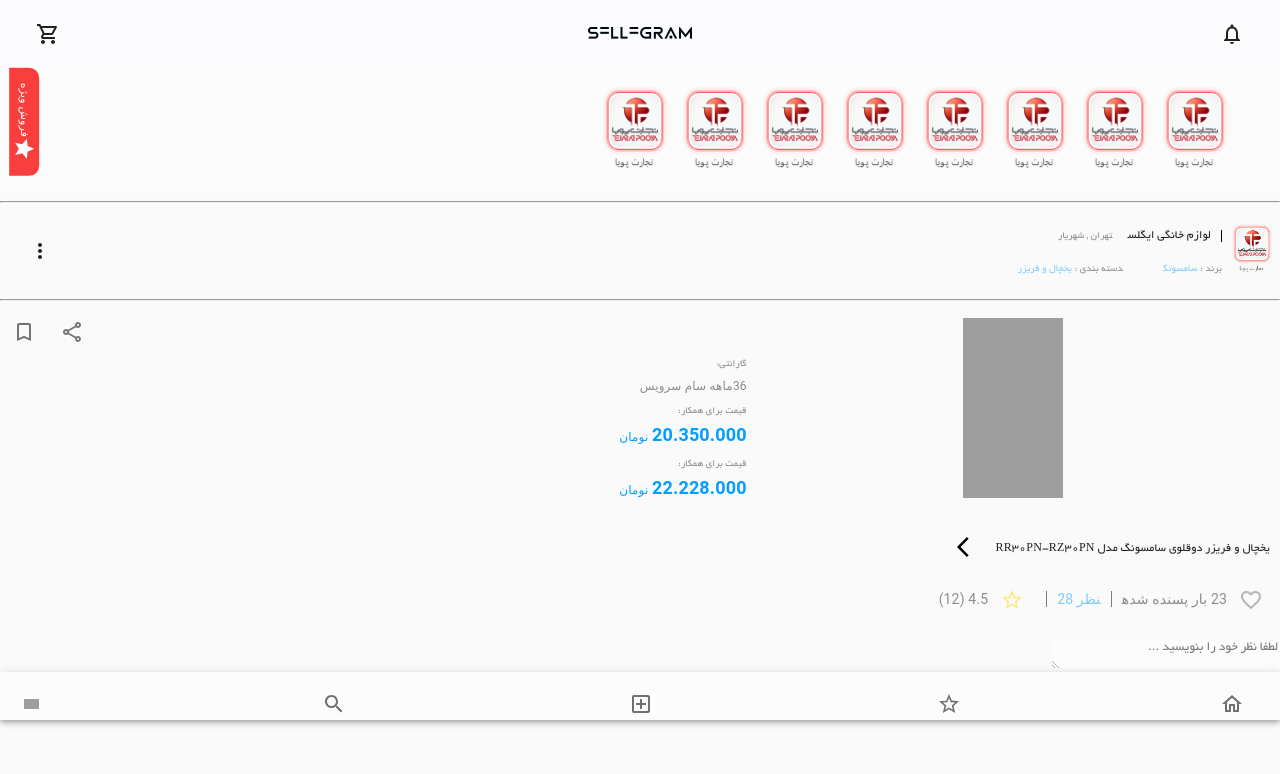
Repository: sadegh1379/selegram
Page: /
The author's editor kept a copy of each file at every save. The page is drawn from the files as they stood at one save, then again after a run of saves.
The browser window is 1280 px wide. The pictures show the whole page.
Pictures or frames that could not be fetched are drawn as grey boxes. The project was rebuilt for these pictures with package versions that can differ from the ones it lists, and the page was loaded fresh each time. Also part of the build but not shown: src/components/login/Login.js, src/components/login/LoginOne.js, src/components/login/LoginThree.js.

Above is the page before, as saved 2020-09-09 16:30:56.

### public/index.html
<!DOCTYPE html>
<html lang="en">
  <head>
    <meta charset="utf-8" />
    <link rel="icon" href="%PUBLIC_URL%/favicon.ico" />
    <meta
      name="viewport"
      content="minimum-scale=1, initial-scale=1, width=device-width"
    />
    <meta name="theme-color" content="#000000" />
    <meta
      name="description"
      content="Web site created using create-react-app"
    />
    <link rel="apple-touch-icon" href="%PUBLIC_URL%/logo192.png" />
    <!--
      manifest.json provides metadata used when your web app is installed on a
      user's mobile device or desktop. See https://developers.google.com/web/fundamentals/web-app-manifest/
    -->
    <link rel="manifest" href="%PUBLIC_URL%/manifest.json" />
    <!--
      Notice the use of %PUBLIC_URL% in the tags above.
      It will be replaced with the URL of the `public` folder during the build.
      Only files inside the `public` folder can be referenced from the HTML.

      Unlike "/favicon.ico" or "favicon.ico", "%PUBLIC_URL%/favicon.ico" will
      work correctly both with client-side routing and a non-root public URL.
      Learn how to configure a non-root public URL by running `npm run build`.
    -->
    <title>React App</title>
  </head>
  <body dir="rtl">
    <noscript>You need to enable JavaScript to run this app.</noscript>
    <div id="root"></div>
    <!--
      This HTML file is a template.
      If you open it directly in the browser, you will see an empty page.

      You can add webfonts, meta tags, or analytics to this file.
      The build step will place the bundled scripts into the <body> tag.

      To begin the development, run `npm start` or `yarn start`.
      To create a production bundle, use `npm run build` or `yarn build`.
    -->
  </body>
</html>

### src/index.js
import React from 'react';
import ReactDOM from 'react-dom';
import App from './App';
import { createMuiTheme, ThemeProvider } from '@material-ui/core/styles';
import RTL from './RTL';
import {BrowserRouter as Router} from 'react-router-dom';
// import '../node_modules/bootstrap/dist/css/bootstrap.css';
import {DataProvider} from './context'

const theme = createMuiTheme({
  direction: 'rtl', // Both here and <body dir="rtl">
});

ReactDOM.render(
      <ThemeProvider theme={theme}>
                      <RTL>
                          <Router>
                              <DataProvider>
                                    <App />
                              </DataProvider>
                          </Router>
                      </RTL>
      </ThemeProvider>
  ,
  document.getElementById('root')
);

### src/App.js
import React from 'react';
import './App.css';
import {Switch , Route} from 'react-router-dom';

import Login from './components/login/Login';
import LoginOne from './components/login/LoginOne';
import LoginThree from './components/login/LoginThree';
import LoginFour from './components/body/LoginFour'

function App() {
  return (
    <div className="App">
      <Switch>
        <Route exact path="/login" component={(props)=><Login {...props}/>} />
        <Route exact path="/login-1" component={(props)=><LoginOne {...props}/>} />
        <Route exact path="/login-3" component={(props)=><LoginThree {...props}/>} />
        <Route exact path="/" component={(props)=><LoginFour {...props}/>} />
      </Switch>
    </div>
  );
}

export default App;

### src/RTL.js
import React from 'react'
import { create } from 'jss';
import rtl from 'jss-rtl';
import { StylesProvider, jssPreset } from '@material-ui/core/styles';

// Configure JSS
const jss = create({ plugins: [...jssPreset().plugins, rtl()] });

function RTL(props) {
  return (
    <StylesProvider jss={jss}>
      {props.children}
    </StylesProvider>
  );
}

export default RTL;

### src/context.js
import React , {createContext ,Component}  from 'react';

const context = createContext()

 class DataProvider extends Component {
    constructor(props){
        super(props);

        this.state={
            kala:[{
                name:'sadegh',
                img:'./img/kala.png'
            },
            {
                name:'sadegh',
                img:'./img/kala.png'
            },
            {
                name:'sadegh',
                img:'./img/kala.png'
            },
            {
                name:'sadegh',
                img:'./img/kala.png'
            },
            {
                name:'sadegh',
                img:'./img/kala.png'
            },
            {
                name:'sadegh',
                img:'./img/kala.png'
            },
            {
                name:'sadegh',
                img:'./img/kala.png'
            },
            {
                name:'sadegh',
                img:'./img/kala.png'
            }
        ],
        select:'./img/ice.png'
        }
    }
    render() {
        return (
            <context.Provider value={{
                    ...this.state
            }}>
                {this.props.children}
            </context.Provider>
        )
    }
}

const DataConsumer = context.Consumer;

export { DataProvider , DataConsumer , context};

### src/App.css
@font-face {
    font-family: BYekan;
    src: url('./font/BYekan.ttf') , url('./font/BYekan.eot') , url('./font/BYekan.woff');
  }

html , body , #root{
    margin: 0px ;
    padding:0px;

}
.font-yekan{
    font-family: BYekan !important;
  }
label{
    color:#034DA2 !important;
    font-size: 14px;

    font-weight: small !important;

    margin-right: 10px;
    font-family: BYekan !important;
}

.color-text{
  color:#404D66
}

.no-scroll::-webkit-scrollbar{
  display: none;

}
.no-scroll{
  -ms-overflow-style: none ;
  scrollbar-width: none;
}

.lighblue{
  color:#009FFF;
}
.font-10-px{
  font-size: 10px;
}
.font-12-px{
  font-size: 12px;
}
.text-right{
  text-align: right;
}
.text-left{
  text-align: left;
}

.opacity{
  opacity: 0.5;

}

.money-color{
  color:#009FFF;
  font-size:18px;
  font-weight: bolder  ;
}

.toman-blue{
  font-size: 12px;
  color:#009FFF ;

}

### src/components/body/LoginFour.js
import React , {useContext} from 'react';
import Navbar from '../static/Navbar';
import Button from '@material-ui/core/Button';
import Grid from '@material-ui/core/Grid'
import {context} from '../../context';
import useStyles from './styles';
import StarIcon from '@material-ui/icons/Star';
import Menu from '@material-ui/core/Menu';
import MenuItem from '@material-ui/core/MenuItem';
import MoreVertIcon from '@material-ui/icons/MoreVert';
import BookmarkBorderIcon from '@material-ui/icons/BookmarkBorder';
import ShareOutlinedIcon from '@material-ui/icons/ShareOutlined';
import { IconButton } from '@material-ui/core';
import ArrowBackIosIcon from '@material-ui/icons/ArrowBackIos';
import FavoriteBorderOutlinedIcon from '@material-ui/icons/FavoriteBorderOutlined';
import BottomAppBar from '../static/BottomAppBar';
import StarBorderIcon from '@material-ui/icons/StarBorder';



function LoginFour() {
    const classes = useStyles();
    const [anchorEl, setAnchorEl] = React.useState(null);
    const [opinion , setOpinion] = React.useState('لطفا نظر خود را بنویسید ...');

    const data = useContext(context);
    console.log(data);

    // fordropdown---------

    const handleClick = (event) => {
        setAnchorEl(event.currentTarget);
      };

      const handleClose = () => {
        setAnchorEl(null);
      };

      //-------------------

    return (
        <React.Fragment>
            <Navbar/>
             <Grid className={classes.loginFour}>

                    <Grid className={classes.carouselContainer}>
                        <ul className="no-scroll" style={{display:'flex' , overflow:'scroll' , listStyle:'none' }}>
                            <span className={classes.ulf}>
                                <StarIcon/>
                                    فروش ویژه
                            </span>
                            {data.kala.map((item , i)=>{
                                return(
                                    <li style={{margin:'0px 8px' }} key={i}>
                                        <img style={{width:'64px' , height:'83px'}}  src={item.img} alt=""/>


                                    </li>
                                )
                            })
                            }
                        </ul>
                    </Grid><hr/>

                    {/* information component */}

                    <Grid className={classes.informationGrid}>
                        <Grid item ><img alt="img" style={{width:'40px'}} src={data.kala[2].img}/></Grid>
                        <Grid item  className={classes.informationText}>
                            <span className="font-yekan font-12-px" style={{borderRight:'1px solid black' , paddingRight:'10px' }}>لوازم خانگی  ایگلس</span>
                            <span className="font-yekan  font-10-px" style={{marginRight:'15px' , opacity:'0.5'}}>تهران , شهریار</span><br/>
                            <span className="font-yekan font-10-px" style={{opacity:'0.5'}}>برند  :  <span className="lighblue">سامسونگ</span></span>
                            <span className="font-yekan font-10-px" style={{opacity:'0.5', marginRight:'40px'}}>دسته بندی  : <span className="lighblue">یخچال و فریزر</span></span>
                        </Grid>
                        <Grid item>
                            <div>
                                <Button aria-controls="simple-menu" aria-haspopup="true" onClick={handleClick}>
                                    <MoreVertIcon/>
                                </Button>
                                <Menu
                                    id="simple-menu"
                                    anchorEl={anchorEl}
                                    keepMounted
                                    open={Boolean(anchorEl)}
                                    onClose={handleClose}
                                >
                                    <MenuItem onClick={handleClose}>Profile</MenuItem>
                                    <MenuItem onClick={handleClose}>My account</MenuItem>
                                    <MenuItem onClick={handleClose}>Logout</MenuItem>
                                </Menu>
                            </div>
                        </Grid>
                    </Grid><hr/>
                    {/* body */}
                    <Grid className={classes.body}>
                        <Grid className={classes.bodyImg} item md={5} sm={5} xs={5}>
                            <img style={{width:'100px' , height:'180px' ,imageResolution:'from-image'}} src={data.select} alt=""/>
                        </Grid>
                        <Grid item md={7} sm={7} xs={7}>
                            <div  className="text-left">
                                <IconButton>
                                    <ShareOutlinedIcon/>
                                </IconButton>
                                <IconButton>
                                    <BookmarkBorderIcon/>
                                </IconButton>

                            </div>
                            <div  style={{lineHeight:'10px'}}>
                                    <span className="font-10-px opacity font-yekan">گارانتی:</span><p className="font-12-px opacity">36ماهه سام سرویس</p>
                                    <span className="font-10-px opacity font-yekan">قیمت برای همکار:</span><p ><span className="money-color">20.350.000</span> <span className="toman-blue">نومان</span> </p>
                                    <span className="font-10-px opacity font-yekan">قیمت برای همکار:</span><p ><span className="money-color">22.228.000</span> <span className="toman-blue">نومان</span> </p>

                            </div>

                        </Grid>
                    </Grid>

                    <Grid className={classes.getArrow}>
                        <span className="font-12-px font-yekan"> یخچال و فریزر دوقلوی سامسونگ مدل RR30PN-RZ30PN </span>
                        <IconButton >
                                <ArrowBackIosIcon className={classes.color_black}/>
                        </IconButton>
                    </Grid>
                    {/* liked */}
                    <Grid className={classes.liked}>
                                <IconButton> <FavoriteBorderOutlinedIcon/></IconButton>
                                <span>23 بار پسنده شده</span>
                                <span style={{borderLeft:'1px solid black' , margin:'0 10px'}}></span>
                                <span className="lighblue lightblue">نظر 28</span>
                                <span style={{borderLeft:'1px solid black' , margin:'0 10px'}}></span>
                                <IconButton><StarBorderIcon className={classes.goldstar}/></IconButton>
                                <span>4.5 (12)</span>

                    </Grid>
                    {/* Opinion */}
                    <Grid>
                    <form style={{width:'100%' , marginTop:'10px'}}  autoComplete="off">
                        <textarea style={{border:'0px'}} onChange={(e)=>setOpinion(e.target.value)} value={opinion} className="font-yekan opacity"  id="" cols="30" rows="2"></textarea>

                    </form>
                    </Grid>



            {/* bottom app bar */}
            <BottomAppBar img={data.select}/>
        </Grid>
    </React.Fragment>
    )
}

export default LoginFour

### src/components/static/Navbar.js
import React from 'react';
import Grid from '@material-ui/core/Grid';
import useStyles from './styles';
import ShoppingCartOutlinedIcon from '@material-ui/icons/ShoppingCartOutlined';
import NotificationsOutlinedIcon from '@material-ui/icons/NotificationsOutlined';
import Button from '@material-ui/core/Button';
import logo from './img/navlogo.png'

function Navbar() {
    const classes = useStyles();
    return (
      <Grid  className={classes.navContainer}>
          <Grid>
              <Button>
                <NotificationsOutlinedIcon/>
              </Button>
          </Grid>
          <Grid className={classes.navlogo}>
              <img style={{width:'50%'}} src={logo} alt="selegram"/>
          </Grid>
          <Grid>
                <Button>
                <ShoppingCartOutlinedIcon/>
                </Button>
          </Grid>
      </Grid>
    )
}

export default Navbar

### src/components/body/styles.js
import { makeStyles } from '@material-ui/core/styles';

const useStyles = makeStyles((theme) => ({
    loginFour:{
        marginBottom:'100px',
    }
    ,
    carouselContainer:{
        backgroundColor:'#FCFCFC',
        padding:'5px'
    },
    ulf:{
        backgroundColor:'#FA3D3D',
        position:'absolute',
        left:'-30px',
        marginTop:'20px',
        padding:'15px',
        // marginLeft:'0px',
        width:'100  px',
        height:'10px',
        transform:'rotateZ(-270deg)',
        display:'flex',
        alignItems:'center',
        justifyContent:'space-between',
        fontSize:'11px',
        color:'#FFFFFF',
        borderRadius:'10px 10px 0 0',
        boxShadow:'-3px 0px 6px'
    },
    informationGrid:{
            display:'flex',
            justifyContent:'space-between',
            padding:'8px',
            alignItems:'center'
    },
    informationText :{
        lineHeight:'30px',
        width:'100%',
        margin:'0 10px',
        padding:'0px'
    },
    body:{
        // backgroundColor:'gold',
        display:'flex'
    },
    bodyImg:{
        width:'100%',
        overflow:'hidden',
        padding:'10px',
        textAlign:'center'
    },
    getArrow:{
        padding:'10px'
    },
    color_black : {
        color:'black'
      },
    liked:{

        display:'felx'
        ,alignItems:'center',
        padding:'5px',
        marginTop:'-10px',
        opacity:'0.5'
    },
    goldstar:{
        color:'gold',

    },

}))


export default useStyles;

### src/components/static/BottomAppBar.js
import React from 'react';
import { makeStyles } from '@material-ui/core/styles';
import AppBar from '@material-ui/core/AppBar';
import CssBaseline from '@material-ui/core/CssBaseline';
import Toolbar from '@material-ui/core/Toolbar';
import IconButton from '@material-ui/core/IconButton';
import AddBoxOutlinedIcon from '@material-ui/icons/AddBoxOutlined';
import SearchIcon from '@material-ui/icons/Search';
import StarBorderOutlinedIcon from '@material-ui/icons/StarBorderOutlined';
import HomeOutlinedIcon from '@material-ui/icons/HomeOutlined';

const useStyles = makeStyles((theme) => ({




  appBar: {
    top: 'auto',
    bottom: 0,
    height:'48px',
    backgroundColor:'#FCFCFC'
  },
  grow: {
    flexGrow: 1,
  },

  toolBar:{
    display:'flex',
    justifyContent:'space-between',
    alignItems:'center'
  },
  icons:{

    color:'#707070'
  }
}));

export default function BottomAppBar(props) {
  const classes = useStyles();

  return (
    <React.Fragment>
      <CssBaseline />

      <AppBar position="fixed" color="default" className={classes.appBar}>
        <Toolbar className={classes.toolBar}>
          <IconButton edge="start" color="inherit" aria-label="open drawer">
            <HomeOutlinedIcon className={classes.icons} />
          </IconButton>
          <IconButton edge="end" color="inherit">
            <StarBorderOutlinedIcon className={classes.icons}/>
          </IconButton>
          <IconButton color="inherit">
            <AddBoxOutlinedIcon className={classes.icons}/>
          </IconButton>
          <IconButton color="inherit">
            <SearchIcon className={classes.icons}/>
          </IconButton>
          <IconButton edge="start" color="inherit" aria-label="open drawer">
            <img style={{width:'14.6px'}} src={props.img} alt=""/>
          </IconButton>
        </Toolbar>
      </AppBar>
    </React.Fragment>
  );
}

### src/components/static/styles.js
import { makeStyles } from '@material-ui/core/styles';

const useStyles = makeStyles((theme) => ({
    navContainer:{
        display:'flex',
        justifyContent:'space-between',
        backgroundColor:'#FCFCFF',
        padding:'16px',
        opacity:'100%',
        alignItems:'center'
    },
    navlogo:{
        textAlign:'center'
    }
}))


export default useStyles;

After the next 2 saves:
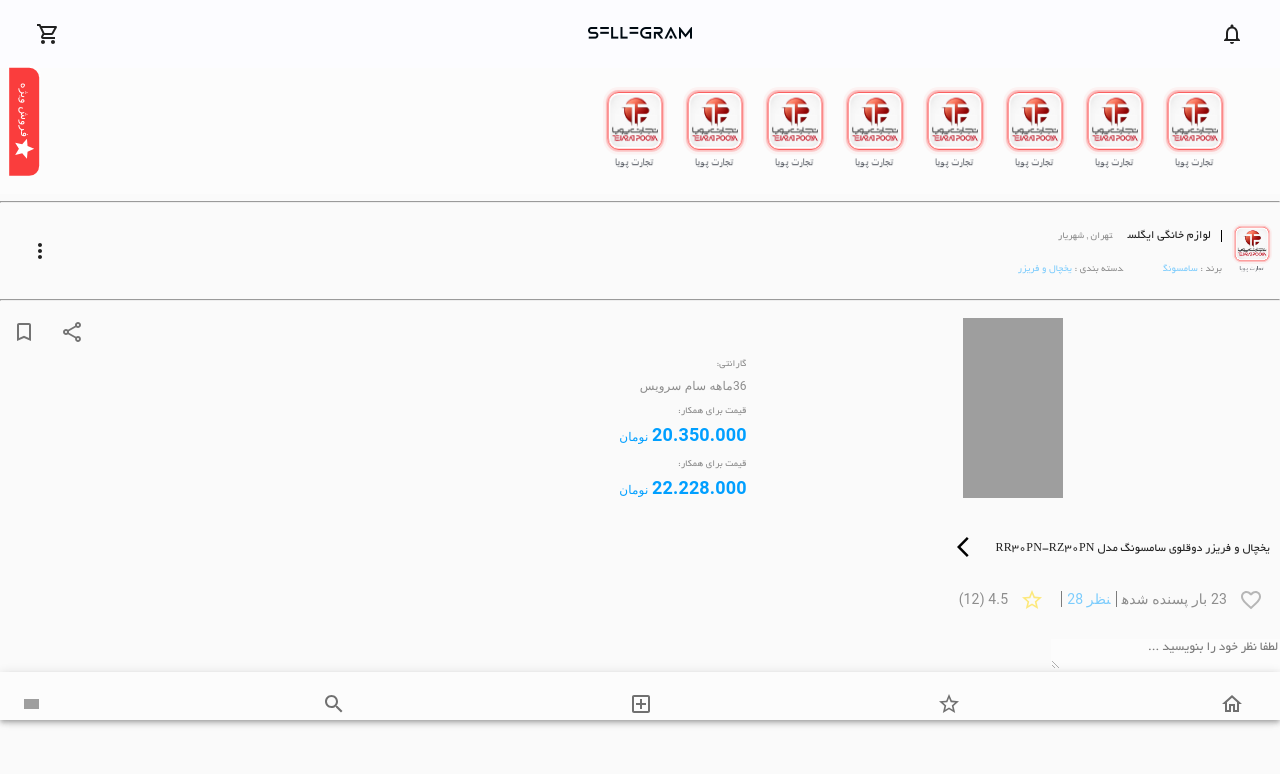
The 2 saves are shown as one change because they came seconds apart.
The last was saved 17 s later.
--- a/src/components/body/LoginFour.js
+++ b/src/components/body/LoginFour.js
@@ -126,9 +126,9 @@
                     <Grid className={classes.liked}>
                                 <IconButton> <FavoriteBorderOutlinedIcon/></IconButton>
                                 <span>23 بار پسنده شده</span>
-                                <span style={{borderLeft:'1px solid black' , margin:'0 10px'}}></span>
+                                <span style={{borderLeft:'1px solid black' , margin:'0 5px'}}></span>
                                 <span className="lighblue lightblue">نظر 28</span>
-                                <span style={{borderLeft:'1px solid black' , margin:'0 10px'}}></span>
+                                <span style={{borderLeft:'1px solid black' , margin:'0 5px'}}></span>
                                 <IconButton><StarBorderIcon className={classes.goldstar}/></IconButton>
                                 <span>4.5 (12)</span>
 
